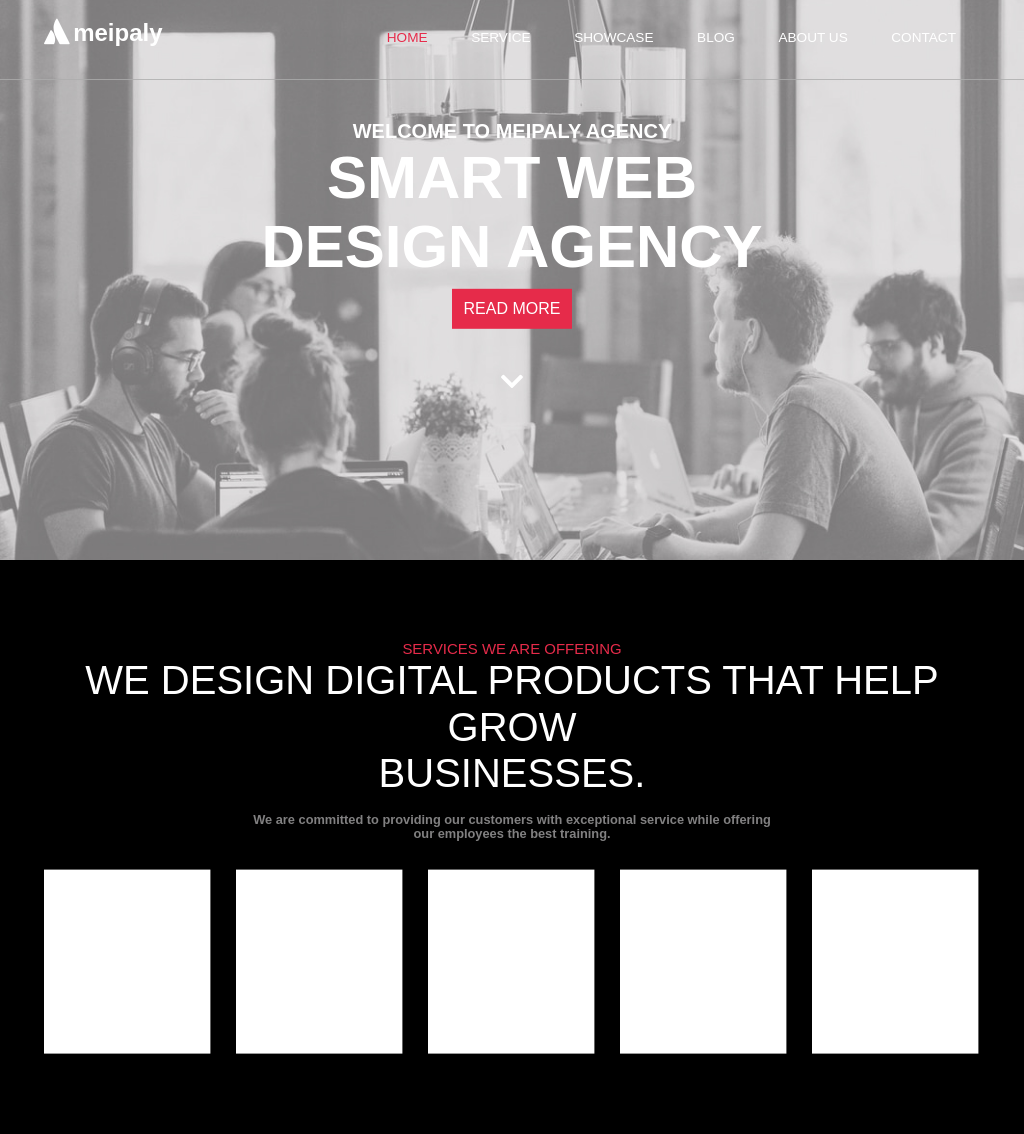
Repository: ToanNguyenThai/Meipaly
Page: index.html
These files come from the project's save history. The page is drawn as it stood at one moment and after the next save; the edit follows.
The browser window is 1280 px wide. The pictures show the whole page, at 80% of full size.

Above is the page before, as saved 2021-12-04 16:10:17.

After the next save:
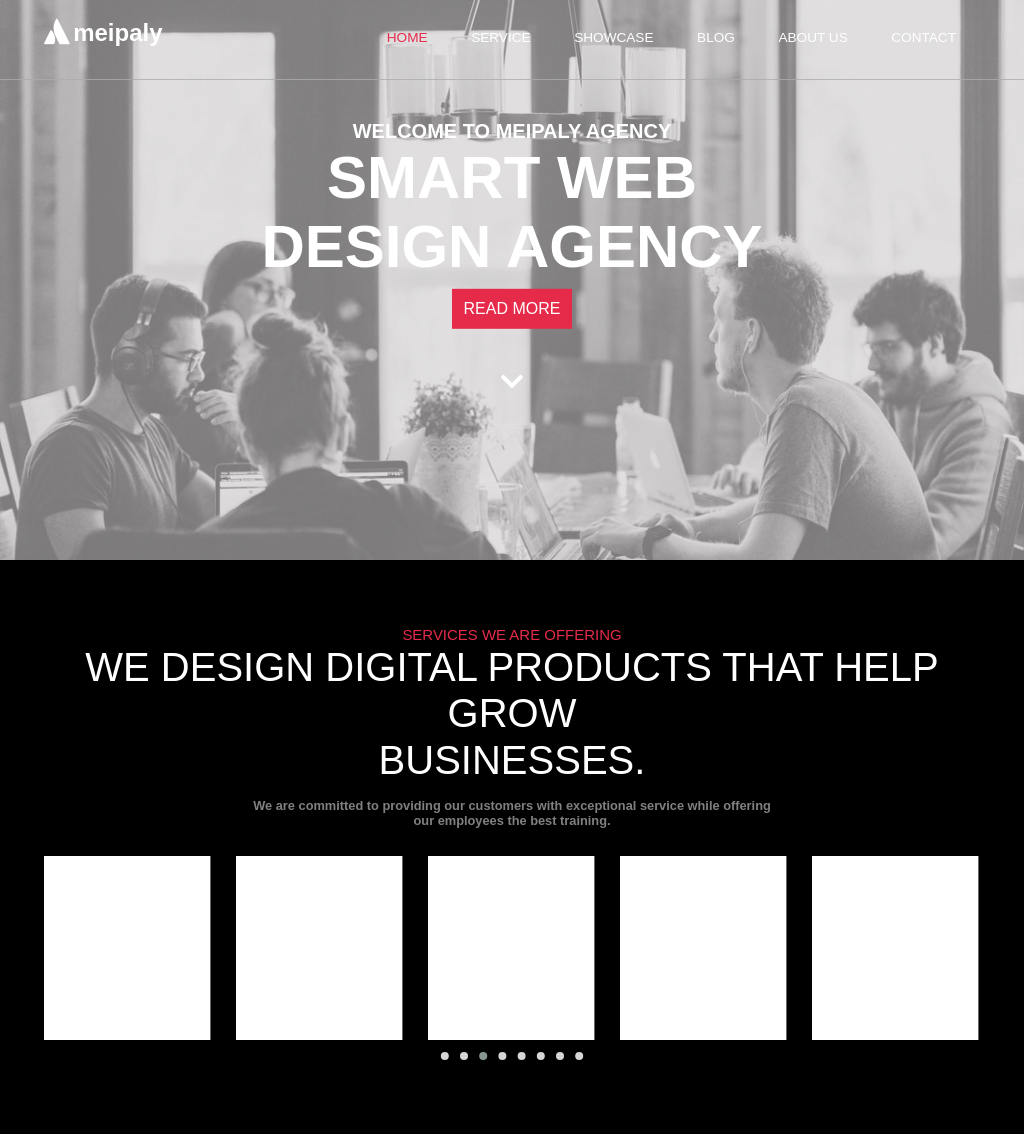
Saved 35 s later.
--- a/index.html
+++ b/index.html
@@ -104,6 +104,10 @@
                     <div class="carousel__item"></div>
                     <div class="carousel__item"></div>
                     <div class="carousel__item"></div>
+                    <div class="carousel__item"></div>
+                    <div class="carousel__item"></div>
+                    <div class="carousel__item"></div>
+                    <div class="carousel__item"></div>
                 </div>
 
             </div>

After the save that followed:
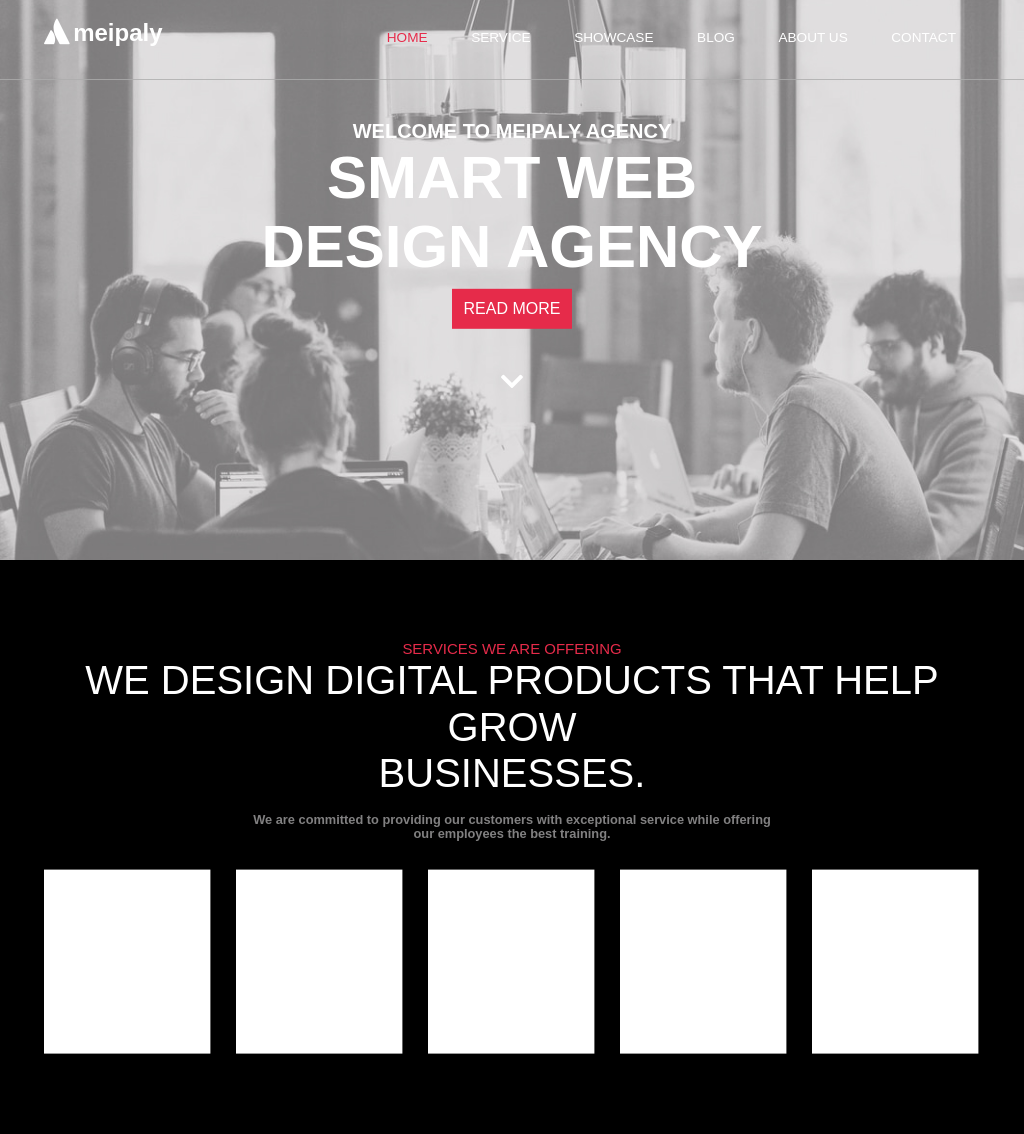
Saved 7 s later.
--- a/index.html
+++ b/index.html
@@ -105,9 +105,7 @@
                     <div class="carousel__item"></div>
                     <div class="carousel__item"></div>
                     <div class="carousel__item"></div>
-                    <div class="carousel__item"></div>
-                    <div class="carousel__item"></div>
-                    <div class="carousel__item"></div>
+
                 </div>
 
             </div>
